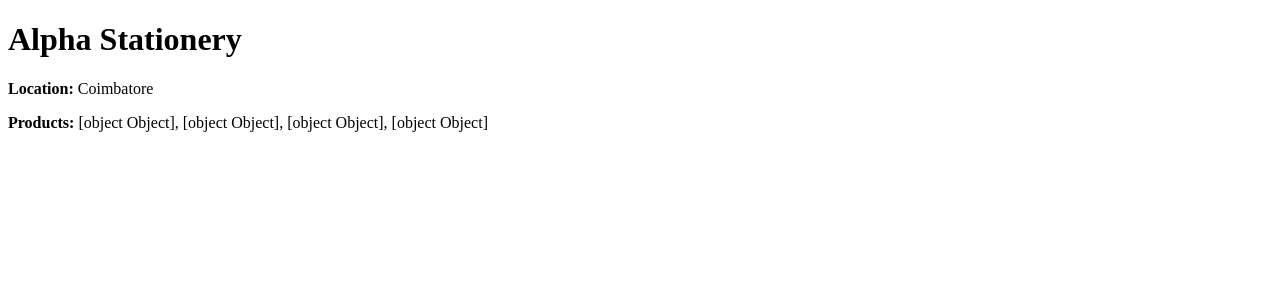
Repository: Pavithra-09git/CarSort
Page: /shop/1
The author's editor kept a copy of each file at every save. The page is drawn from the files as they stood at one save, then again after a run of saves.
The browser window is 1280 px wide. The pictures show the whole page.
The project was rebuilt for these pictures with package versions that can differ from the ones it lists, and the page was loaded fresh each time. Also part of the build but not shown: vite.config.js, src/assets/Component/Card.jsx, src/assets/Component/Home.jsx.

Above is the page before, as saved 2025-10-26 15:55:05.

After the next 10 saves:
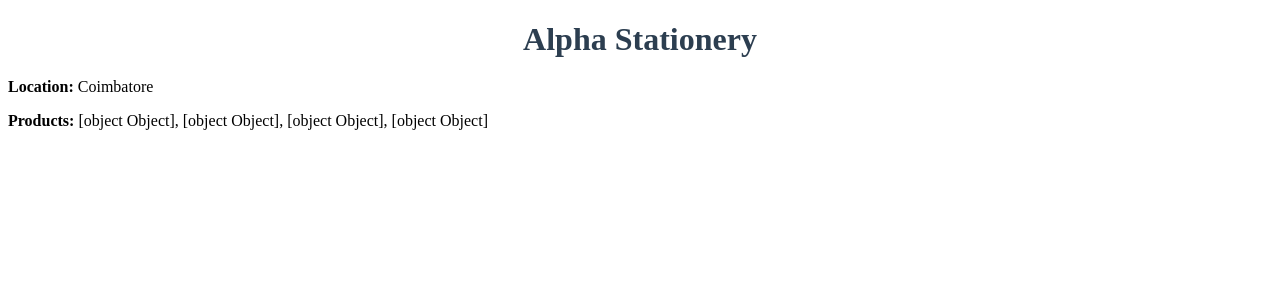
The 10 saves are shown as one change because they came seconds apart.
The last was saved 51 s later.
--- a/src/App.jsx
+++ b/src/App.jsx
@@ -1,5 +1,6 @@
 import React from "react";
 import { Outlet } from "react-router-dom";
+import './App.css'
 
 function App() {
   return (
